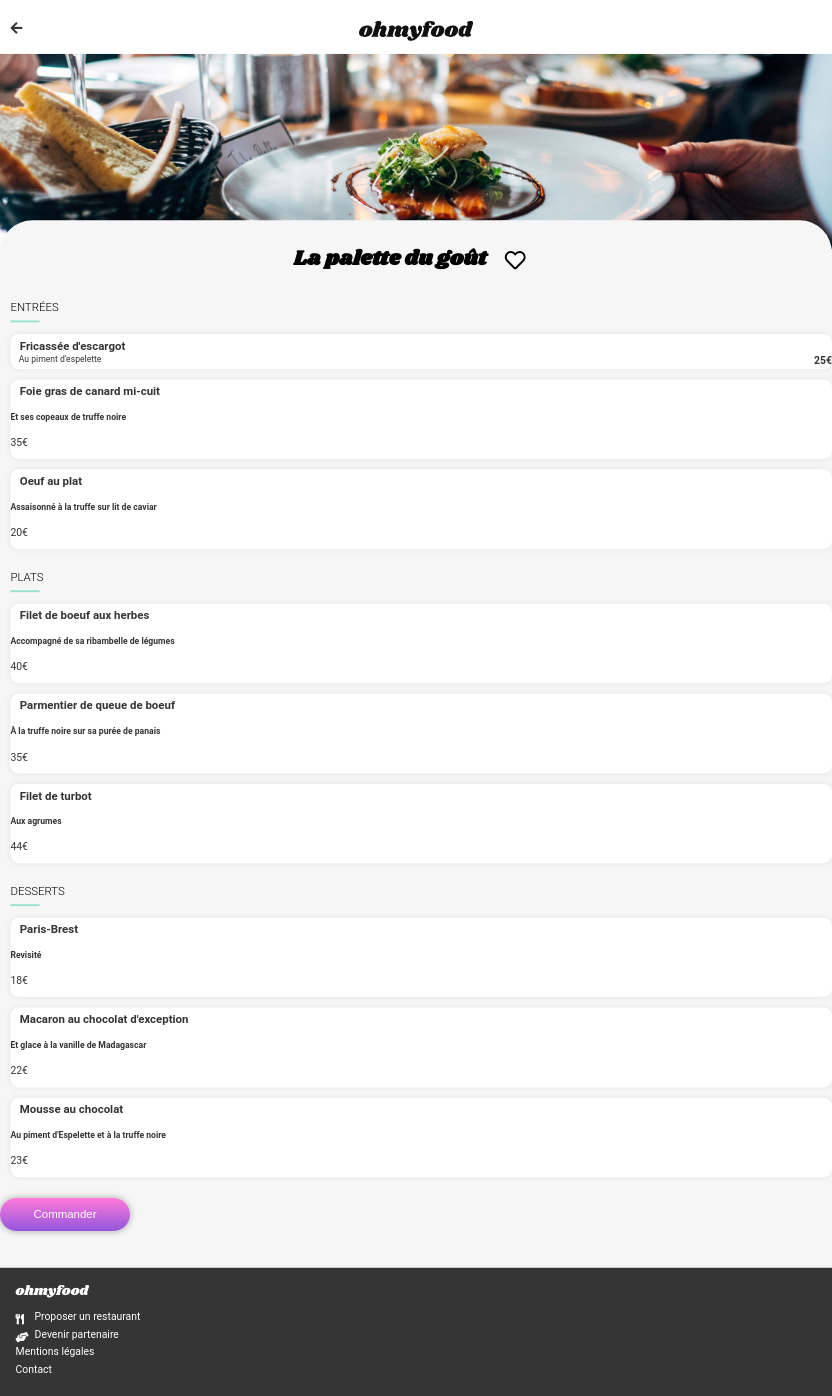
Repository: AlexisTisserand/AlexisTisserand_3_24112020
Page: menu-la-palette-du-gout.html
These files come from the project's save history. The page is drawn as it stood at one moment and after the next save; the edit follows.
The browser window is 1280 px wide. The pictures show the whole page, at 65% of full size.
Some web libraries are served in a nearby version. The style sheet was rebuilt from its Sass, Less or Tailwind sources for each picture, by a compiler version that may differ from the author's.

Above is the page before, as saved 2020-12-03 14:15:35.

After the next save:
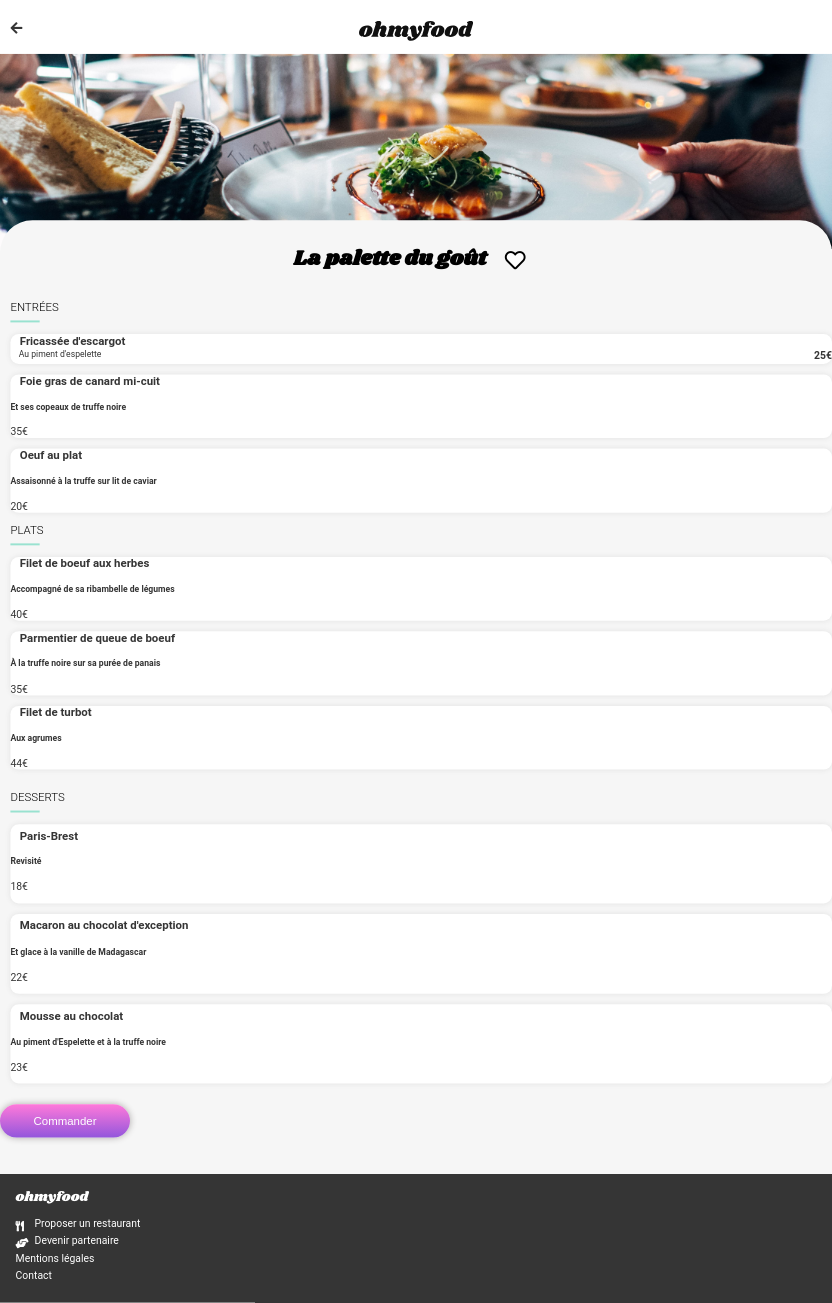
Saved 4 min 1 s later.
--- a/menu-la-palette-du-gout.html
+++ b/menu-la-palette-du-gout.html
@@ -42,47 +42,49 @@
                 </div>
             </div>
 
-            <h3>ENTRÉES</h3>
+            <div class="restaurant-menu-entrees">
+                <h3>ENTRÉES</h3>
 
-                <div class="restaurant-menu--plats">
-                    <h4>Fricassée d'escargot</h4>
-                    <div class="restaurant-menu--plats--accompagnements">
-                        <h5>Au piment d'espelette</h5>
-                        <p>25€</p>
+                    <div class="restaurant-menu--plats">
+                        <h4>Fricassée d'escargot</h4>
+                        <div class="restaurant-menu--plats--accompagnements">
+                            <h5>Au piment d'espelette</h5>
+                            <p>25€</p>
+                        </div>
                     </div>
-                </div>
 
-                <div class="restaurant-menu--plats">
-                    <h4>Foie gras de canard mi-cuit</h4>
-                    <h5>Et ses copeaux de truffe noire</h5>
-                    <p>35€</p>
-                </div>
+                    <div class="restaurant-menu--plats">
+                        <h4>Foie gras de canard mi-cuit</h4>
+                        <h5>Et ses copeaux de truffe noire</h5>
+                        <p>35€</p>
+                    </div>
 
-                <div class="restaurant-menu--plats">
-                    <h4>Oeuf au plat</h4>
-                    <h5>Assaisonné à la truffe sur lit de caviar</h5>
-                    <p>20€</p>
-                </div>
+                    <div class="restaurant-menu--plats">
+                        <h4>Oeuf au plat</h4>
+                        <h5>Assaisonné à la truffe sur lit de caviar</h5>
+                        <p>20€</p>
+                    </div>
 
-            <h3>PLATS</h3>
+                <h3>PLATS</h3>
 
-                <div class="restaurant-menu--plats">
-                    <h4>Filet de boeuf aux herbes</h4>
-                    <h5>Accompagné de sa ribambelle de légumes</h5>
-                    <p>40€</p>
-                </div>
+                    <div class="restaurant-menu--plats">
+                        <h4>Filet de boeuf aux herbes</h4>
+                        <h5>Accompagné de sa ribambelle de légumes</h5>
+                        <p>40€</p>
+                    </div>
 
-                <div class="restaurant-menu--plats">
-                    <h4>Parmentier de queue de boeuf</h4>
-                    <h5>À la truffe noire sur sa purée de panais</h5>
-                    <p>35€</p>
-                </div>
+                    <div class="restaurant-menu--plats">
+                        <h4>Parmentier de queue de boeuf</h4>
+                        <h5>À la truffe noire sur sa purée de panais</h5>
+                        <p>35€</p>
+                    </div>
 
-                <div class="restaurant-menu--plats">
-                    <h4>Filet de turbot</h4>
-                    <h5>Aux agrumes</h5>
-                    <p>44€</p>
-                </div>
+                    <div class="restaurant-menu--plats">
+                        <h4>Filet de turbot</h4>
+                        <h5>Aux agrumes</h5>
+                        <p>44€</p>
+                    </div>
+            </div>
 
             <h3>DESSERTS</h3>
 
